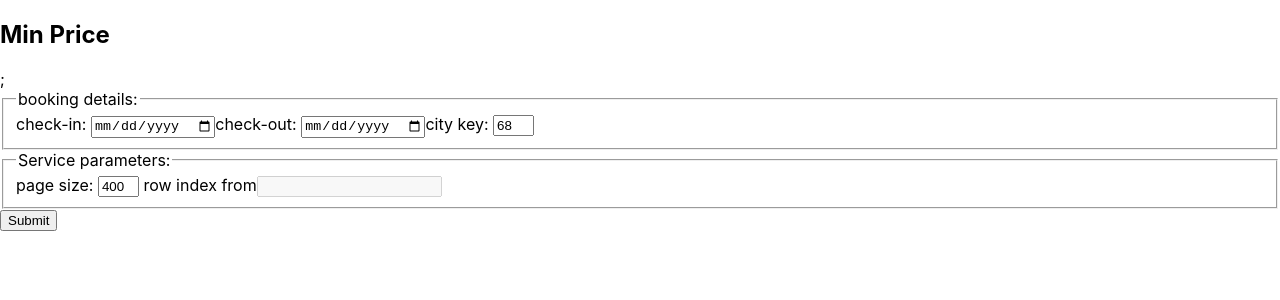
Repository: vsterev/il-test
Page: /min-price
An editor plug-in stored every save of this project. The page is shown before and after the next save, followed by the edit.
The browser window is 1280 px wide. The pictures show the whole page.
The project was rebuilt for these pictures with package versions that can differ from the ones it lists, and the page was loaded fresh each time. A package was used in the major version that the imports need, not the one package.json lists. Also part of the build but not shown: src/components/error/index.jsx.

Above is the page before, as saved 2021-04-27 08:38:40.

### src/index.js
import React from 'react';
import ReactDOM from 'react-dom';
import './index.css';
// import App from './App';
import reportWebVitals from './reportWebVitals';
// import MinPrice from './components/minPrice';
import Navigation from './navigation';

ReactDOM.render(
  <React.StrictMode>
    {/* <App /> */}
    {/* <MinPrice /> */}
    <Navigation />
  </React.StrictMode>,
  document.getElementById('root')
);

// If you want to start measuring performance in your app, pass a function
// to log results (for example: reportWebVitals(console.log))
// or send to an analytics endpoint. Learn more: https://bit.ly/CRA-vitals
reportWebVitals();

### src/navigation.jsx
import React from 'react';
import { Switch, BrowserRouter, Route, Redirect } from 'react-router-dom';
import MinPrice from './components/minPrice';
import Error from './components/error';
const Navigation = () => {
  return (
    <BrowserRouter>
      <Switch>
        <Route path="/min-price" render={() => <MinPrice />} />
        <Route path="*" render={() => <Error msg="Page not Found - 404" />} />
      </Switch>
    </BrowserRouter>
  );
};
export default Navigation;

### src/components/minPrice/index.jsx
import React, { useState } from 'react';
const MinPrice = () => {
  const [details, setDetails] = useState({
    checkIn: '',
    checkOut: '',
    cityKey: '68',
    pageSize: '400',
    rowIndexFrom: undefined,
    cacheGuid: undefined,
  });
  const submitHandler = (e) => {
    e.preventDefault();
    console.log(details);
  };
  return (
    <React.Fragment>
      <h2>Min Price</h2>;
      <form onSubmit={submitHandler}>
        <fieldset>
          <legend>booking details:</legend>
          <label htmlFor="checkIn">check-in: </label>
          <input
            type="date"
            id="checkIn"
            value={details.checkIn}
            onChange={(e) => setDetails({ ...details, checkIn: e.target.value })}></input>
          <label htmlFor="checkOut">check-out: </label>
          <input
            type="date"
            id="checkOut"
            value={details.checkOut}
            onChange={(e) => setDetails({ ...details, checkOut: e.target.value })}></input>
          <label htmlFor="cityKey">city key: </label>
          <input
            type="text"
            id="cityKey"
            size="2"
            value={details.cityKey}
            onChange={(e) => setDetails({ ...details, cityKey: e.target.value })}
          />
        </fieldset>
        <fieldset>
          <legend>Service parameters:</legend>
          <label htmlFor="pageSize">page size: </label>
          <input
            type="text"
            id="pageSize"
            size="2"
            value={details.pageSize}
            onChange={(e) => setDetails({ ...details, pageSize: e.target.value })}
          />
          <label htmlFor="rowIndexFrom"> row index from</label>
          <input type="text" value={details.rowIndexFrom} disabled />
        </fieldset>
        <button>Submit</button>
      </form>
    </React.Fragment>
  );
};
export default MinPrice;

Loaded but not shown: public/index.html (common file); src/index.css (common file); src/reportWebVitals.js (common file)

After the next save:
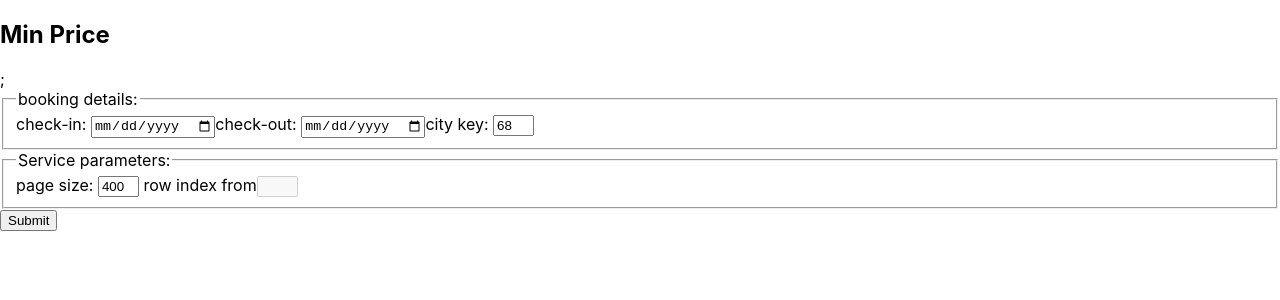
Saved 27 s later.
--- a/src/components/minPrice/index.jsx
+++ b/src/components/minPrice/index.jsx
@@ -50,7 +50,7 @@ const MinPrice = () => {
             onChange={(e) => setDetails({ ...details, pageSize: e.target.value })}
           />
           <label htmlFor="rowIndexFrom"> row index from</label>
-          <input type="text" value={details.rowIndexFrom} disabled />
+          <input type="text" value={details.rowIndexFrom} disabled size="2" />
         </fieldset>
         <button>Submit</button>
       </form>
